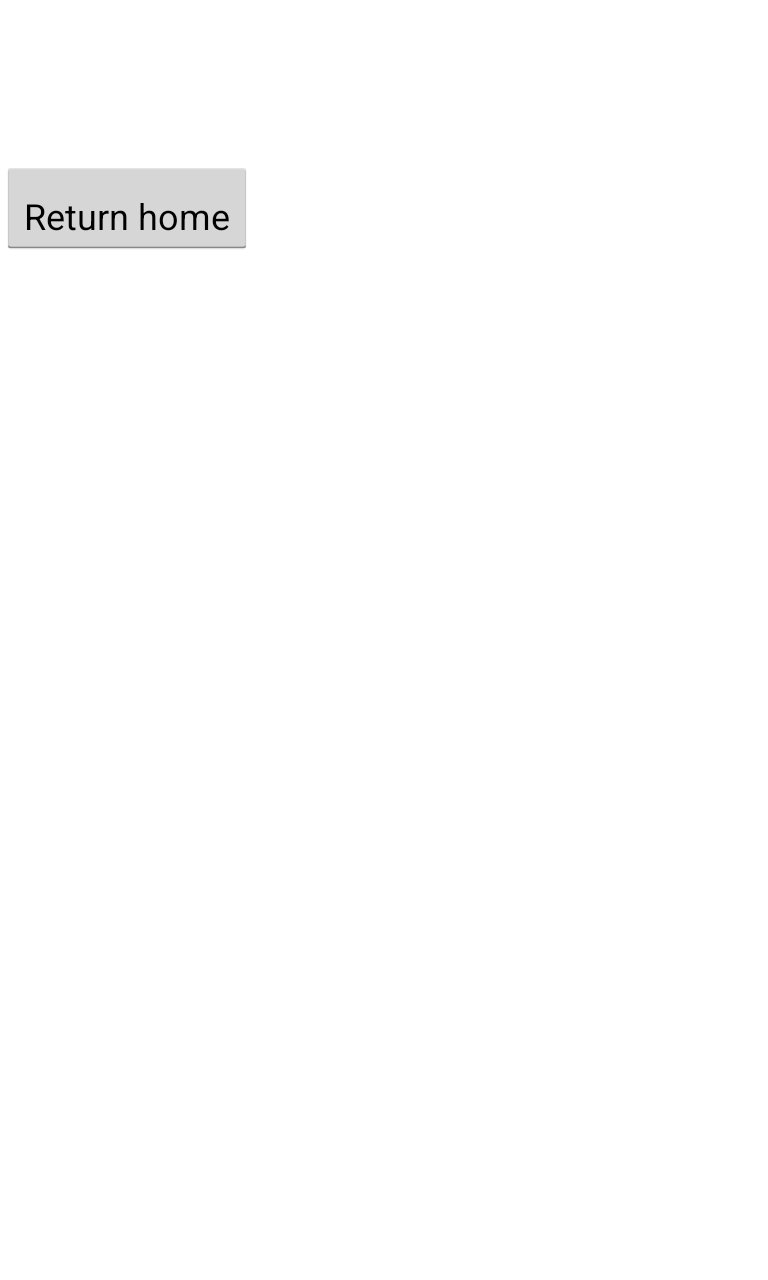
Repository: harvard-lil/wtwba-android-app
Layout: wtwba/res/layout/activity_item_found.xml
An editor plug-in stored every save of this project. The layout is shown before and after the next save, followed by the edit.
It is drawn on a 768 x 1280 px phone screen (xhdpi) without system bars, with theme AppTheme; the app's code is not run.

Above is the layout before, as saved 2013-03-18 19:35:56.

### wtwba/res/layout/activity_item_found.xml
<?xml version="1.0" encoding="utf-8"?>
<LinearLayout xmlns:android="http://schemas.android.com/apk/res/android"
    android:layout_width="match_parent"
    android:layout_height="match_parent"
    android:orientation="vertical" >

    <LinearLayout
        android:layout_width="fill_parent"
        android:layout_height="80dp"
        android:orientation="horizontal" >

        <LinearLayout
            android:layout_width="wrap_content"
            android:layout_height="match_parent"
            android:layout_gravity="left"
            android:orientation="vertical" >

            <ImageView
                android:id="@+id/icon_preview"
                android:layout_width="50dp"
                android:layout_height="match_parent"
                android:layout_margin="10dp"
                android:adjustViewBounds="true"
                android:scaleType="fitXY" />
        </LinearLayout>

        <LinearLayout
            android:layout_width="match_parent"
            android:layout_height="match_parent"
            android:layout_gravity="right"
            android:layout_marginRight="5dip"
            android:orientation="vertical" >

            <TextView
                android:id="@+id/title_preview"
                android:layout_width="match_parent"
                android:layout_height="wrap_content"
                android:layout_margin="10dp"
                android:gravity="left|top"
                android:textAppearance="?android:attr/textAppearanceMedium"
                android:textColor="#4c11a9" />
        </LinearLayout>
	</LinearLayout>
    <LinearLayout
        android:layout_width="match_parent"
        android:layout_height="wrap_content"
        android:layout_gravity="right"
        android:layout_marginRight="5dip"
        android:orientation="vertical" >

        <Button
            android:layout_width="wrap_content"
            android:layout_height="wrap_content"
            android:layout_marginBottom="10dp"
            android:layout_marginRight="10dp"
            android:gravity="right|bottom"
            android:onClick="button_item_confrim"
            android:text="@string/button_item_confrim" />
    </LinearLayout>
</LinearLayout>

### wtwba/res/values/strings.xml
<?xml version="1.0" encoding="utf-8"?>
<resources>

    <string name="app_name">wtwba</string>
    <string name="main_activity_title">Where the Wild Books Are</string>
    <string name="activity_item_details_title">Wild Books</string>
    <string name="activity_scan_title">Wild Books</string>
    <string name="activity_manage_user_title">Manage user key</string>
    <string name="activity_location_title">Select your current location</string>
    <string name="item_found_title">Yeehaw! We found the item details</string>
    <string name="scan_error_title">Something went wrong</string>
    <string name="user_name_box_label">Enter your assigned user key</string>
    <string name="edit_message">Enter a message</string>
    <string name="loading_message">Loading</string>


    <string name="button_confirm_delete">Delete from list</string>
    <string name="button_scan_item">Scan barcode</string>
    <string name="button_key_item">Type barcode</string>
    <string name="activity_delete_title">Delete from list</string>

    <string name="button_scan">Scan</string>
    <string name="button_item_confrim">Return home</string>
    <string name="button_add">Add to list</string>
    <string name="button_save_user_name">Save user key</string>
    <string name="menu_settings">Settings</string>
    <string name="scan_error">Something went wrong when when I tried to add the item. Sorry. Can you give it a try again?</string>
    <string name="title_activity_main">MainActivity</string>
    <string name="hello_world">Hello world!</string>
    <string name="title_holder">Sample Title Here</string>
    <string name="connection_error">Unable to connect to network</string>
    <string name="title_activity_display_message">DisplayMessageActivity</string>
    <string name="empty_list">You haven\'t added any items.</string>

</resources>

Loaded but not shown: wtwba/res/values-v11/styles.xml (common file); wtwba/res/values-v14/styles.xml (common file); wtwba/res/values/styles.xml (common file)

After the next save:
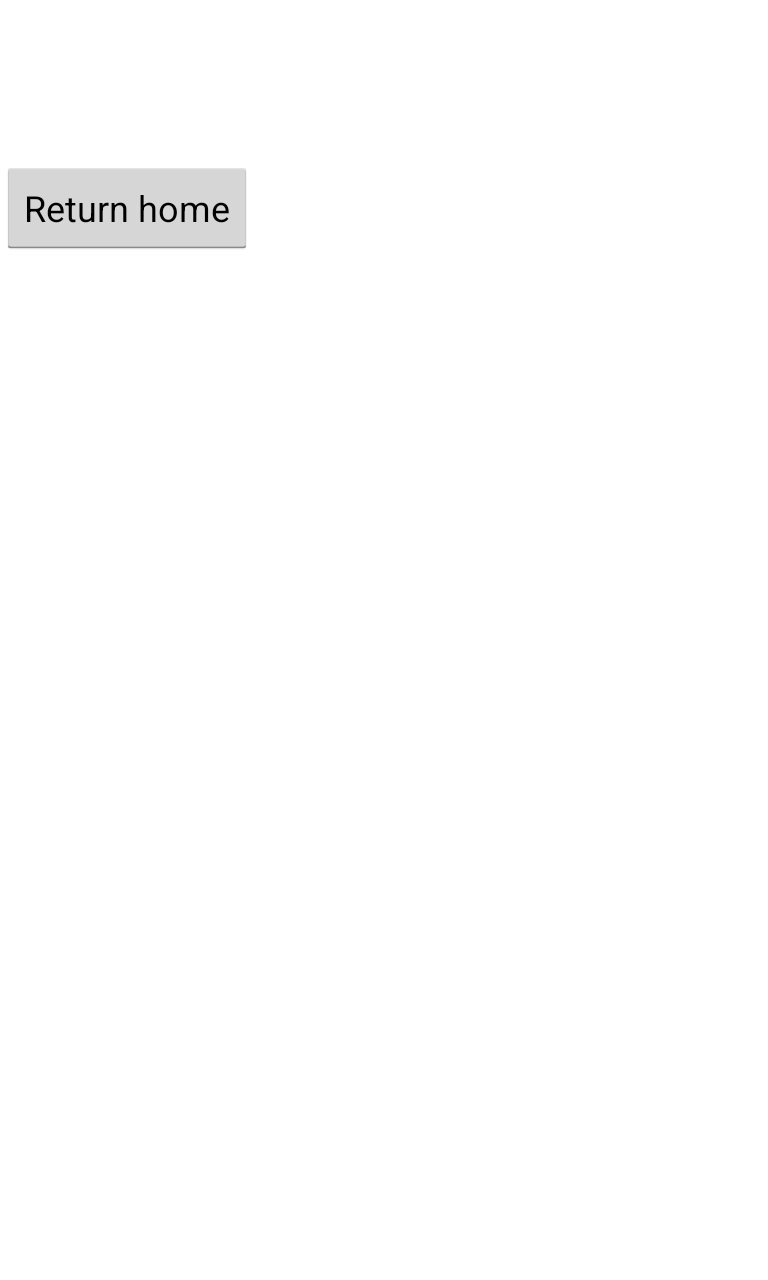
Saved 42 s later.
--- a/wtwba/res/layout/activity_item_found.xml
+++ b/wtwba/res/layout/activity_item_found.xml
@@ -40,7 +40,8 @@
                 android:textAppearance="?android:attr/textAppearanceMedium"
                 android:textColor="#4c11a9" />
         </LinearLayout>
-	</LinearLayout>
+    </LinearLayout>
+
     <LinearLayout
         android:layout_width="match_parent"
         android:layout_height="wrap_content"
@@ -53,8 +54,8 @@
             android:layout_height="wrap_content"
             android:layout_marginBottom="10dp"
             android:layout_marginRight="10dp"
-            android:gravity="right|bottom"
             android:onClick="button_item_confrim"
             android:text="@string/button_item_confrim" />
     </LinearLayout>
+
 </LinearLayout>
